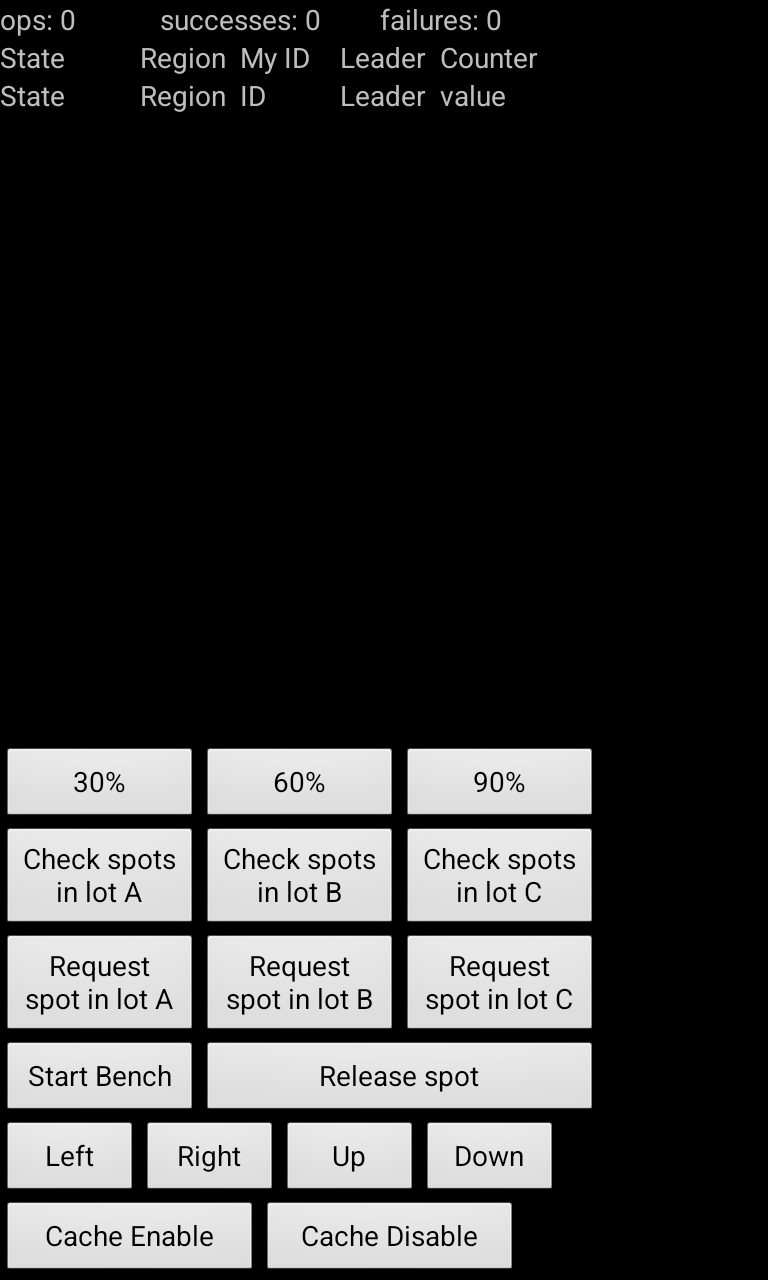
Repository: jasongao/csmcode
Layout: current/workspace/VNConsistent/res/layout/main.xml
The author's editor kept a copy of each file at every save. The layout is drawn from the files as they stood at one save, then again after the next save.
It is drawn on a 768 x 1280 px phone screen (xhdpi) without system bars, with theme android:Theme; the app's code is not run. Lists and similar views that code fills are empty.

Above is the layout before, as saved 2011-07-15 06:19:30.

### current/workspace/VNConsistent/res/layout/main.xml
<?xml version="1.0" encoding="utf-8"?>
<LinearLayout xmlns:android="http://schemas.android.com/apk/res/android"
	android:orientation="vertical" android:layout_width="fill_parent"
	android:layout_height="fill_parent">

	<LinearLayout android:layout_width="match_parent"
		android:layout_height="wrap_content" android:id="@+id/CountInfoLayout">
		<TextView android:text="ops: 0" android:layout_height="wrap_content"
			android:id="@+id/opcount_tv" android:layout_width="80dip"></TextView>
		<TextView android:text="successes: 0" android:layout_height="wrap_content"
			android:id="@+id/successcount_tv" android:layout_width="110dip"></TextView>
		<TextView android:text="failures: 0" android:layout_height="wrap_content"
			android:id="@+id/failurecount_tv" android:layout_width="90dip"></TextView>
	</LinearLayout>

	<LinearLayout android:layout_width="match_parent"
		android:layout_height="wrap_content" android:id="@+id/StatusHeadingLayout">
		<TextView android:text="State" android:id="@+id/TextView04"
			android:layout_height="wrap_content" android:layout_width="70dip"></TextView>
		<TextView android:text="Region" android:layout_width="50dip"
			android:id="@+id/TextView03" android:layout_height="wrap_content"></TextView>
		<TextView android:text="My ID" android:layout_width="50dip"
			android:id="@+id/TextView01" android:layout_height="wrap_content"></TextView>
		<TextView android:layout_height="wrap_content"
			android:layout_width="50dip" android:text="Leader" android:id="@+id/TextView05"></TextView>
		<TextView android:text="Counter" android:layout_height="wrap_content"
			android:id="@+id/TextView06" android:layout_width="75dip"></TextView>
	</LinearLayout>
	<LinearLayout android:layout_width="match_parent"
		android:layout_height="wrap_content" android:id="@+id/StatusInfoLayout">
		<TextView android:text="State" android:layout_height="wrap_content"
			android:id="@+id/state_tv" android:layout_width="70dip"></TextView>
		<TextView android:text="Region" android:layout_height="wrap_content"
			android:layout_width="50dip" android:id="@+id/region_tv"></TextView>
		<TextView android:text="ID" android:layout_width="50dip"
			android:id="@+id/id_tv" android:layout_height="wrap_content"></TextView>
		<TextView android:layout_height="wrap_content"
			android:layout_width="50dip" android:text="Leader" android:id="@+id/leader_tv"></TextView>
		<TextView android:layout_height="wrap_content"
			android:layout_width="75dip" android:text="value" android:id="@+id/csm_tv"></TextView>
	</LinearLayout>

	<ListView android:id="@+id/msgList" android:layout_width="fill_parent"
		android:layout_height="fill_parent" android:stackFromBottom="true"
		android:transcriptMode="alwaysScroll" android:layout_weight="1">
	</ListView>

	<LinearLayout android:layout_width="fill_parent"
		android:orientation="horizontal" android:layout_height="wrap_content"
		android:id="@+id/SetDistributionLayout">
		<Button android:layout_width="100dip" android:text="30%"
			android:id="@+id/setdistribution30_button" android:layout_height="40dip"></Button>
		<Button android:layout_width="100dip" android:text="60%"
			android:id="@+id/setdistribution60_button" android:layout_height="40dip"></Button>
		<Button android:layout_width="100dip" android:text="90%"
			android:id="@+id/setdistribution90_button" android:layout_height="40dip"></Button>
	</LinearLayout>

	<LinearLayout android:layout_width="fill_parent"
		android:orientation="horizontal" android:layout_height="wrap_content"
		android:id="@+id/CheckSpotLayout">
		<Button android:layout_height="wrap_content"
			android:layout_width="100dip" android:text="Check spots in lot A"
			android:id="@+id/readparkingA_button"></Button>
		<Button android:layout_height="wrap_content"
			android:layout_width="100dip" android:text="Check spots in lot B"
			android:id="@+id/readparkingB_button"></Button>
		<Button android:layout_height="wrap_content"
			android:layout_width="100dip" android:text="Check spots in lot C"
			android:id="@+id/readparkingC_button"></Button>
	</LinearLayout>

	<LinearLayout android:layout_width="fill_parent"
		android:orientation="horizontal" android:layout_height="wrap_content"
		android:id="@+id/RequestSpotLayout">
		<Button android:layout_height="wrap_content"
			android:layout_width="100dip" android:text="Request spot in lot A"
			android:id="@+id/requestparkingA_button"></Button>
		<Button android:layout_height="wrap_content"
			android:layout_width="100dip" android:text="Request spot in lot B"
			android:id="@+id/requestparkingB_button"></Button>
		<Button android:layout_height="wrap_content"
			android:layout_width="100dip" android:text="Request spot in lot C"
			android:id="@+id/requestparkingC_button"></Button>
	</LinearLayout>

	<LinearLayout android:layout_width="fill_parent"
		android:orientation="horizontal" android:layout_height="wrap_content"
		android:id="@+id/RequestLayout">
		<Button android:layout_width="100dip" android:text="Start Bench"
			android:id="@+id/testcsm_button" android:layout_height="40dip"></Button>
		<Button android:layout_width="200dip" android:text="Release spot"
			android:id="@+id/releaseparking_button" android:layout_height="40dip"></Button>
	</LinearLayout>

	<LinearLayout android:layout_width="fill_parent"
		android:orientation="horizontal" android:layout_height="wrap_content"
		android:id="@+id/RegionButtonLayout">
		<Button android:text="Left" android:id="@+id/left_button"
			android:layout_width="70dip" android:layout_height="40dip"/>
		<Button android:text="Right" android:id="@+id/right_button"
			android:layout_width="70dip" android:layout_height="40dip"></Button>
		<Button android:text="Up" android:id="@+id/up_button"
			android:layout_width="70dip" android:layout_height="40dip"/>
		<Button android:text="Down" android:id="@+id/down_button"
			android:layout_width="70dip" android:layout_height="40dip"/>
	</LinearLayout>

	<LinearLayout android:layout_width="fill_parent"
		android:orientation="horizontal" android:layout_height="wrap_content"
		android:id="@+id/SetCacheLayout">
		<Button android:layout_width="130dip" android:text="Cache Enable"
			android:id="@+id/cacheenable_button" android:layout_height="40dip"></Button>
		<Button android:layout_width="130dip" android:text="Cache Disable"
			android:id="@+id/cachedisable_button" android:layout_height="40dip"></Button>
	</LinearLayout>

</LinearLayout>

After the next save:
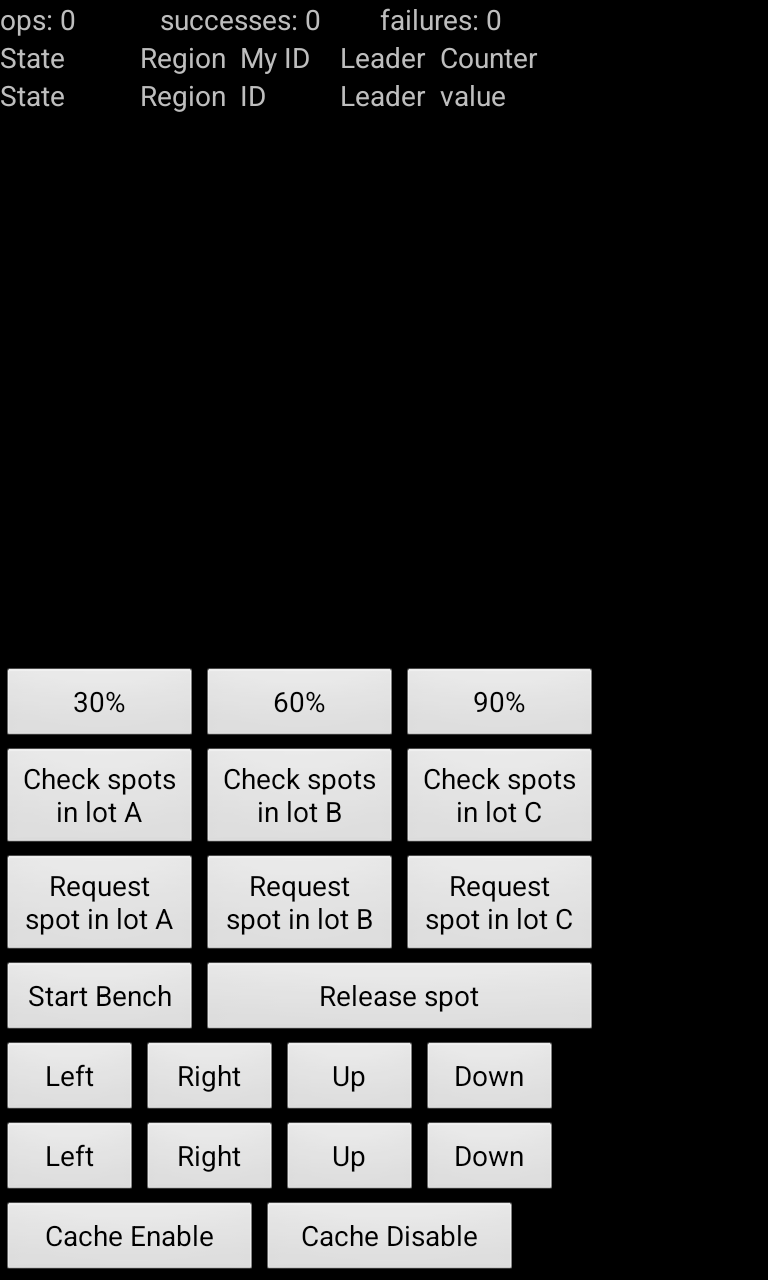
Saved 60 s later.
--- a/current/workspace/VNConsistent/res/layout/main.xml
+++ b/current/workspace/VNConsistent/res/layout/main.xml
@@ -93,6 +93,19 @@
 			android:id="@+id/releaseparking_button" android:layout_height="40dip"></Button>
 	</LinearLayout>
 
+<LinearLayout android:layout_width="fill_parent"
+		android:orientation="horizontal" android:layout_height="wrap_content"
+		android:id="@+id/RegionButtonLayout">
+		<Button android:text="Left" android:id="@+id/left_button"
+			android:layout_width="70dip" android:layout_height="40dip"/>
+		<Button android:text="Right" android:id="@+id/right_button"
+			android:layout_width="70dip" android:layout_height="40dip"></Button>
+		<Button android:text="Up" android:id="@+id/up_button"
+			android:layout_width="70dip" android:layout_height="40dip"/>
+		<Button android:text="Down" android:id="@+id/down_button"
+			android:layout_width="70dip" android:layout_height="40dip"/>
+	</LinearLayout>
+
 	<LinearLayout android:layout_width="fill_parent"
 		android:orientation="horizontal" android:layout_height="wrap_content"
 		android:id="@+id/RegionButtonLayout">
